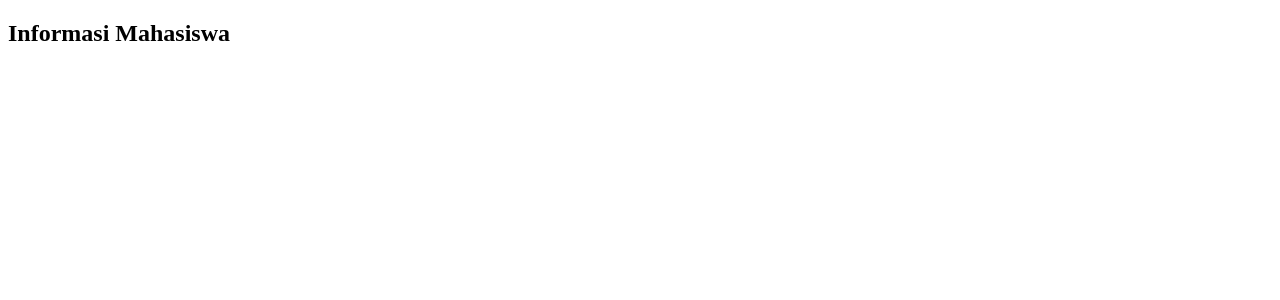
Repository: wahyuharyo/Pro-Sigmaka
Page: http://localhost/Form/display.jsp
The author's editor kept a copy of each file at every save. The page is drawn from the files as they stood at one save, then again after the next save.
The browser window is 1280 px wide. The pictures show the whole page.
The page is served by Tomcat 10.

Above is the page before, as saved 2023-10-19 08:53:03.

After the next save:
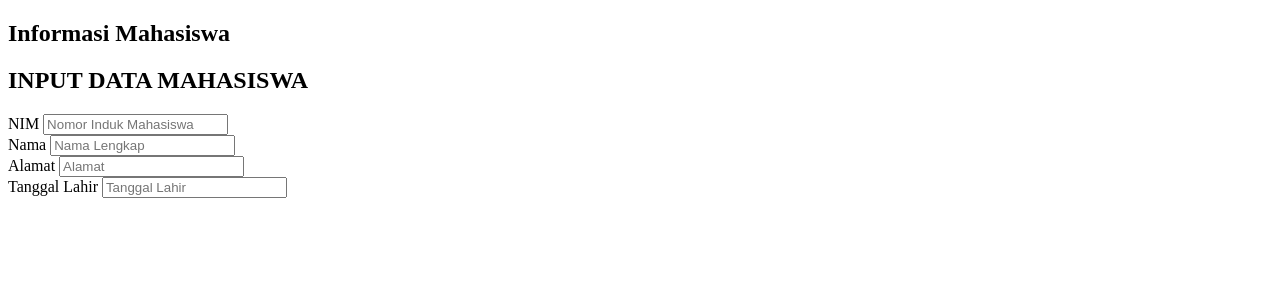
Saved 33 s later.
--- a/Demo/Form/src/main/webapp/display.jsp
+++ b/Demo/Form/src/main/webapp/display.jsp
@@ -9,11 +9,42 @@
 <body>
 	<h2>Informasi Mahasiswa</h2>
 
-	<div>
-		<p>${result.getNama()}</p>
-		<p></p>
-		<p></p>
-		<p></p>
-	</div>
+	<div class="container">
+      <div class="header">
+        <h2>INPUT DATA MAHASISWA</h2>
+      </div>
+
+      <form action="Input" method="post" id="form" class="form">
+        <div class="form-control">
+          <label for="nim">NIM</label>
+          <input
+            type="text"
+            name="nim"
+            placeholder="Nomor Induk Mahasiswa"
+            id="nim"
+          />
+        </div>
+
+        <div class="form-control">
+          <label for="nama">Nama</label>
+          <input type="text" name="nama" placeholder="Nama Lengkap" id="nama" />
+        </div>
+
+        <div class="form-control">
+          <label for="alamat">Alamat</label>
+          <input type="text" name="alamat" placeholder="Alamat" id="alamat" />
+        </div>
+
+        <div class="form-control">
+          <label for="tgl_lahir">Tanggal Lahir</label>
+          <input
+            type="text"
+            name="tgl_lahir"
+            placeholder="Tanggal Lahir"
+            id="tgl_lahir"
+          />
+        </div>
+      </form>
+    </div>
 </body>
 </html>
